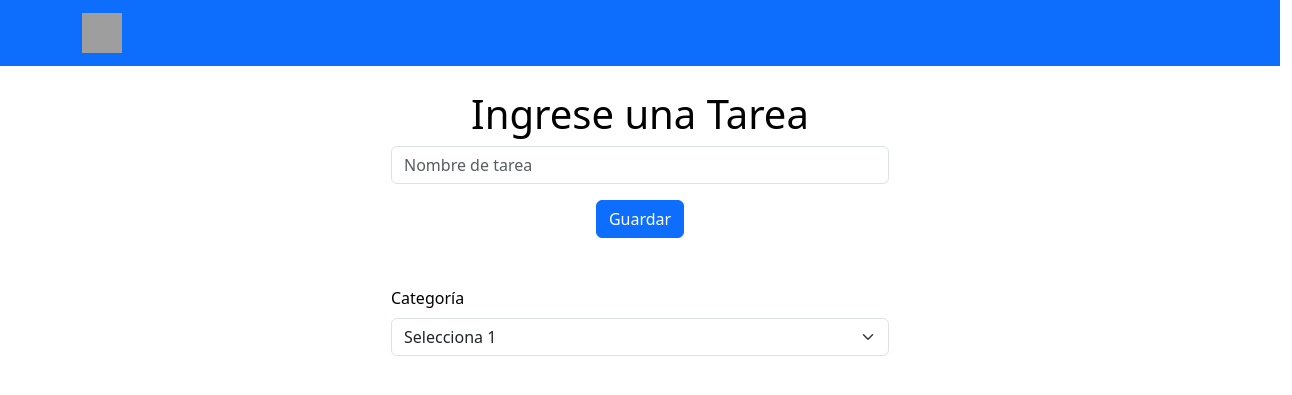
Repository: mgarrido0gb/registroTareas
Page: http://localhost/Tareas/Home
These files come from the project's save history. The page is drawn as it stood at one moment and after the next save; the edit follows.
The browser window is 1280 px wide. The page is 1292 px wide, so the pictures cover 1292 px, including what lies to the right of the window. The pictures show the whole page.
Pictures or frames that could not be fetched are drawn as grey boxes. The page is served by Tomcat 10. Queries for data that is not in the repository find no rows.

Above is the page before, as saved 2024-05-21 20:42:48.

After the next save:
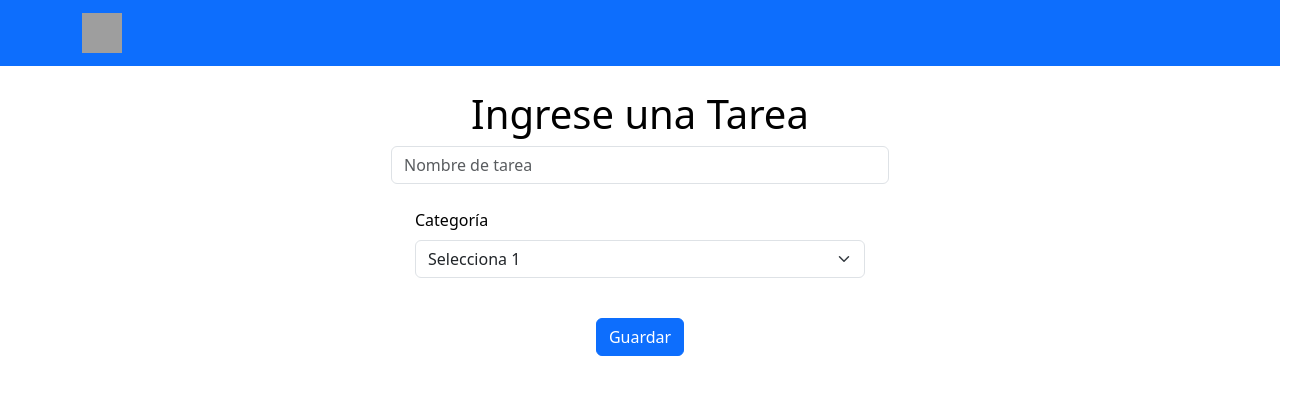
Saved 2 min 37 s later.
--- a/Tareas/src/main/webapp/WEB-INF/home.jsp
+++ b/Tareas/src/main/webapp/WEB-INF/home.jsp
@@ -50,19 +50,20 @@
                     	<div class="form-group">
                         	<input class="form-control" placeholder="Nombre de tarea" name="texto" type="text" required>
                     	</div>
+                    	<div class="p-4">
+              				<label for="exampleInputPassword1" class="form-label">Categoría</label>
+              				<select class="form-select" name="categoria_id" required>
+                				<option selected value>Selecciona 1</option>
+                					<% for (Categoria c: cats) { %>
+                						<option value="<%=c.id %>"><%=c.nombre %></option>
+                					<% } %>
+              				</select>
+     					</div>
                     	<div class="text-center mt-3">
                         	<input type="submit" value="Guardar" class="btn btn-primary" onclick="mensaje()">
                     	</div>
                 	</div>
-                	<div class="p-4">
-              			<label for="exampleInputPassword1" class="form-label">Categoría</label>
-              			<select class="form-select" name="categoria_id" required>
-                			<option selected value>Selecciona 1</option>
-                				<% for (Categoria c: cats) { %>
-                					<option value="<%=c.id %>"><%=c.nombre %></option>
-                				<% } %>
-              			</select>
-     				</div>
+
             	</form>
         	</div>
     	</div>
